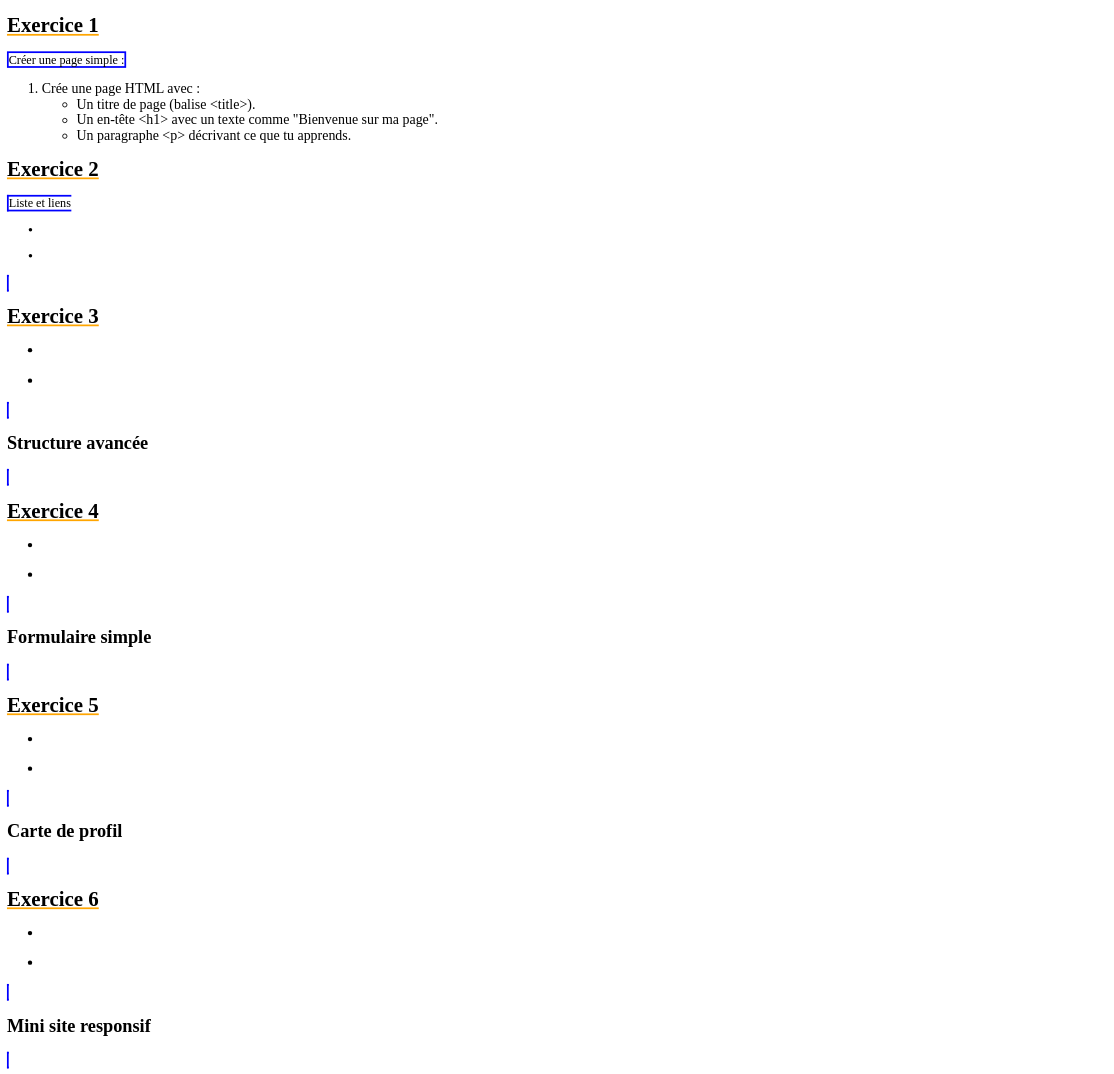
Repository: AnnaSpirit/Mimo_App
Page: Exercices_HTML&CSS.html
The author's editor kept a copy of each file at every save. The page is drawn from the files as they stood at one save, then again after a run of saves.
The browser window is 1280 px wide. The pictures show the whole page, at 87% of full size.

Above is the page before, as saved 2024-12-05 16:55:25.

### Exercices_HTML&CSS.html
<!DOCTYPE html>
<html lang="en">
<head>
    <meta charset="UTF-8">
    <meta name="viewport" content="width=device-width, initial-scale=1.0">
    <link rel="stylesheet" href="styleCSS.css">
    <title>Document</title>
</head>
<body>
<div>
    <h1>Exercice 1</h1>
    <span class="Consigne">Créer une page simple :</span>
    <ol>
        <li>Crée une page HTML avec :
            <ul>
                <li>Un titre de page (balise &lt;title&gt;).</li>
                <li>Un en-tête &lt;h1&gt; avec un texte comme "Bienvenue sur ma page".</li>
                <li>Un paragraphe &lt;p&gt; décrivant ce que tu apprends.</li>
            </ul>
        </li>
    </ol>
</div>
    <div>
        <h1>Exercice 2</h1>
    <span class="Consigne">Liste et liens
        <ul>
            <li>
                <ol></ol>
                <ol></ol>
                <ol></ol>
                <ol></ol>
            </li>
            <li>
                <ol></ol>
                <ol></ol>
                <ol></ol>
                <ol></ol>
            </li>
        </ul>

    </span>
    </div>
    <div>
        <h1>Exercice 3</h1>
        <ul>
            <li>
                <ol></ol>
                <ol></ol>
                <ol></ol>
                <ol></ol>
            </li>
            <li>
                <ol></ol>
                <ol></ol>
                <ol></ol>
                <ol></ol>
            </li>
        </ul>
    <span class="Consigne">
        <h2>Structure avancée</span>
    </div>
    <div>
        <h1>Exercice 4</h1>
        <ul>
            <li>
                <ol></ol>
                <ol></ol>
                <ol></ol>
                <ol></ol>
            </li>
            <li>
                <ol></ol>
                <ol></ol>
                <ol></ol>
                <ol></ol>
            </li>
        </ul>
    <span class="Consigne">
        <h2>Formulaire simple</span>
    </div>
    <div>
        <h1>Exercice 5</h1>
        <ul>
            <li>
                <ol></ol>
                <ol></ol>
                <ol></ol>
                <ol></ol>
            </li>
            <li>
                <ol></ol>
                <ol></ol>
                <ol></ol>
                <ol></ol>
            </li>
        </ul>
    <span class="Consigne">
        <h2>Carte de profil</span>
    </div>
    <div>
        <h1>Exercice 6</h1>
        <ul>
            <li>
                <ol></ol>
                <ol></ol>
                <ol></ol>
                <ol></ol>
            </li>
            <li>
                <ol></ol>
                <ol></ol>
                <ol></ol>
                <ol></ol>
            </li>
        </ul>
    <span class="Consigne">
        <h2>Mini site responsif</span>
    </div>
</body>
</html>

### styleCSS.css
h1{
    font-weight: bold;
    font-size: x-large;
    text-decoration: underline orange;
}
/* .Consigne{
    border: 2px solid blue;
    font-size: 14px;
} */
span{
    border: 2px solid blue;
    font-size: 14px;
}

After the next 2 saves:
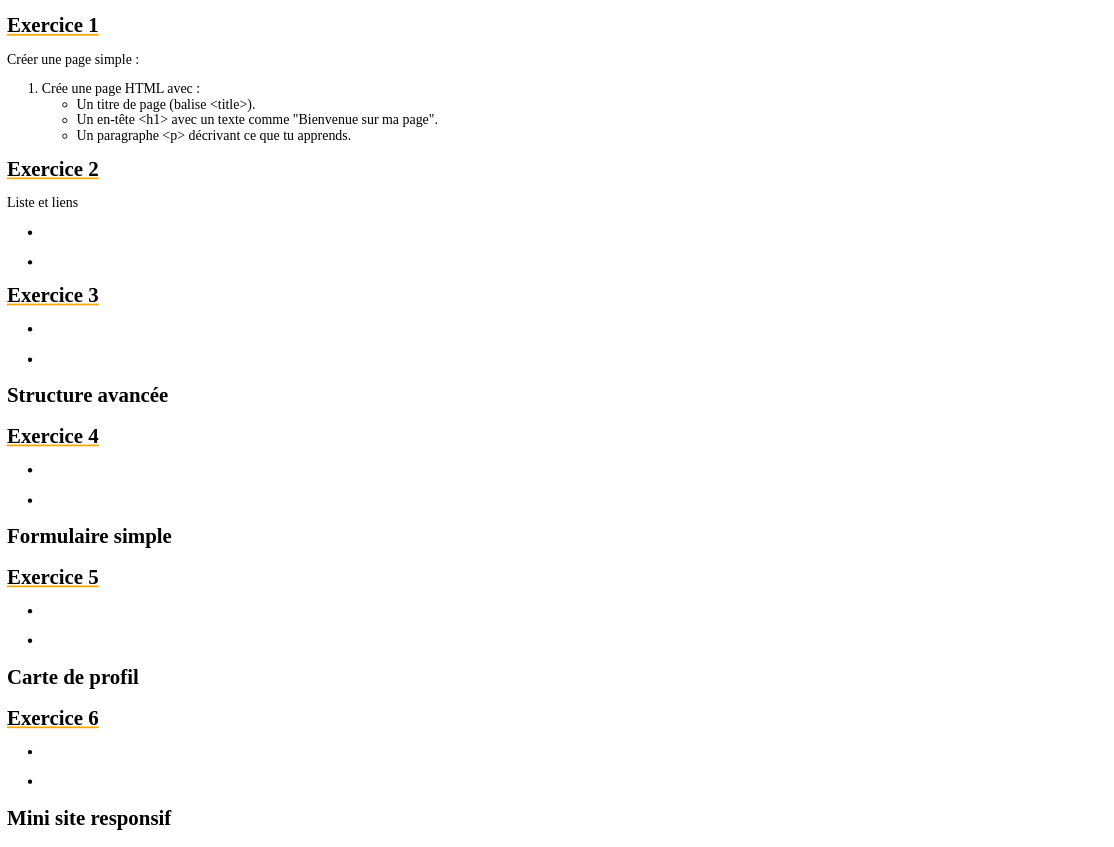
The 2 saves are shown as one change because they came seconds apart.
The last was saved 55 s later.
--- a/styleCSS.css
+++ b/styleCSS.css
@@ -7,7 +7,4 @@
     border: 2px solid blue;
     font-size: 14px;
 } */
-span{
-    border: 2px solid blue;
-    font-size: 14px;
 }
